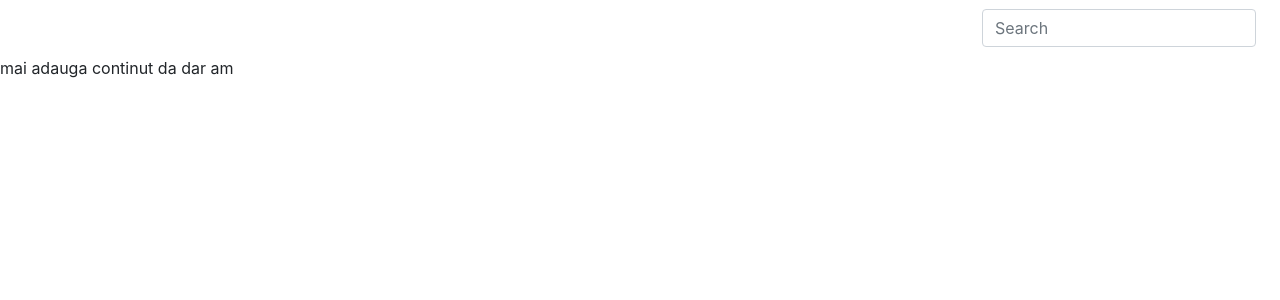
Repository: nicolasolo/bitesizecoding.space
Page: index.html
An editor plug-in stored every save of this project. The page is shown before and after a run of saves, followed by the edit.
The browser window is 1280 px wide. The pictures show the whole page.

Above is the page before, as saved 2020-04-14 12:10:22.

### index.html
<!DOCTYPE html>
<html lang="en">
<head>
    <meta charset="UTF-8">
    <meta name="viewport" content="width=device-width, initial-scale=1.0">
    <title>Trincu-Andrei</title>
    <link rel="stylesheet" href="https://stackpath.bootstrapcdn.com/bootstrap/4.4.1/css/bootstrap.min.css" integrity="sha384-Vkoo8x4CGsO3+Hhxv8T/Q5PaXtkKtu6ug5TOeNV6gBiFeWPGFN9MuhOf23Q9Ifjh" crossorigin="anonymous">

    <link rel="stylesheet" href="css/index.css">
</head>
<body>
<header>
<!--Navbar-->
<nav class="navbar navbar-expand-lg navbar-dark primary-color">
  <!-- Navbar brand -->
  <a class="navbar-brand" href="#">Navbar</a>
  <!-- Collapse button -->
  <button class="navbar-toggler" type="button" data-toggle="collapse" data-target="#basicExampleNav"
    aria-controls="basicExampleNav" aria-expanded="false" aria-label="Toggle navigation">
    <span class="navbar-toggler-icon"></span>
  </button>
  <!-- Collapsible content -->
  <div class="collapse navbar-collapse" id="basicExampleNav">
    <!-- Links -->
    <ul class="navbar-nav mr-auto">
      <li class="nav-item active">
        <a class="nav-link" href="#">Home
          <span class="sr-only">(current)</span>
        </a>
      </li>
      <li class="nav-item">
        <a class="nav-link" href="#">Features</a>
      </li>
      <li class="nav-item">
        <a class="nav-link" href="#">Pricing</a>
      </li>
      <!-- Dropdown -->
      <li class="nav-item dropdown multi-level-dropdown">
        <a href="#" id="menu" data-toggle="dropdown" class="nav-link dropdown-toggle w-100">Dropdown</a>
        <ul class="dropdown-menu mt-2 rounded-0 primary-color border-0 z-depth-1">
          <li class="dropdown-item dropdown-submenu p-0">
            <a href="#" data-toggle="dropdown" class="dropdown-toggle text-white w-100">Click Me Too! </a>
            <ul class="dropdown-menu ml-2 rounded-0 primary-color border-0 z-depth-1">
              <li class="dropdown-item p-0">
                <a href="#" class="text-white w-100">Hey</a>
              </li>
              <li class="dropdown-item p-0">
                <a href="#" class="text-white w-100">Hi</a>
              </li>
              <li class="dropdown-item dropdown-submenu p-0">
                <a href="#" data-toggle="dropdown" class="dropdown-toggle text-white w-100">Hello </a>
                <ul class="dropdown-menu mr-2 rounded-0 primary-color border-0 z-depth-1 r-100 ">
                  <li class="dropdown-item p-0">
                    <a href="#" class="text-white w-100">Some</a>
                  </li>
                  <li class="dropdown-item p-0">
                    <a href="#" class="text-white w-100">Text</a>
                  </li>
                </ul>
              </li>
            </ul>
          </li>
          <li class="dropdown-item dropdown-submenu">
            <a href="#" data-toggle="dropdown" class="dropdown-toggle text-white w-100">Click me </a>
            <ul class="dropdown-menu mr-2 rounded-0  primary-color border-0 z-depth-1 r-100 ">
              <li class="dropdown-item p-0">
                <a href="#" class="text-white w-100">How</a>
              </li>
              <li class="dropdown-item p-0">
                <a href="#" class="text-white w-100">are</a>
              </li>
              <li class="dropdown-item p-0">
                <a href="#" class="text-white w-100">you </a>
              </li>
            </ul>
          </li>
        </ul>
      </li>
    </ul>
    <!-- Links -->
    <form class="form-inline">
      <div class="md-form my-0">
        <input class="form-control mr-sm-2" type="text" placeholder="Search" aria-label="Search">
      </div>
    </form>
  </div>
  <!-- Collapsible content -->
</nav>
<!--/.Navbar-->
<!-- Jumbotron -->
<!--codul va fi scris aici pentru fiecare componenta in parte
Components -> Jumbotron -->

<!-- Footer-->
<!--navigation -> Footer-->

<script src="https://code.jquery.com/jquery-3.4.1.slim.min.js" integrity="sha384-J6qa4849blE2+poT4WnyKhv5vZF5SrPo0iEjwBvKU7imGFAV0wwj1yYfoRSJoZ+n" crossorigin="anonymous"></script>
<script src="https://cdn.jsdelivr.net/npm/popper.js@1.16.0/dist/umd/popper.min.js" integrity="sha384-Q6E9RHvbIyZFJoft+2mJbHaEWldlvI9IOYy5n3zV9zzTtmI3UksdQRVvoxMfooAo" crossorigin="anonymous"></script>
<script src="https://stackpath.bootstrapcdn.com/bootstrap/4.4.1/js/bootstrap.min.js" integrity="sha384-wfSDF2E50Y2D1uUdj0O3uMBJnjuUD4Ih7YwaYd1iqfktj0Uod8GCExl3Og8ifwB6" crossorigin="anonymous"></script>
    <script src="./js/custom.js"></script>
</body>
</html>mai adauga continut da dar am
<div></div>

Loaded but not shown: css/index.css (no stored copy; drawn as an empty file); js/custom.js (no stored copy; drawn as an empty file)

After the next 3 saves:
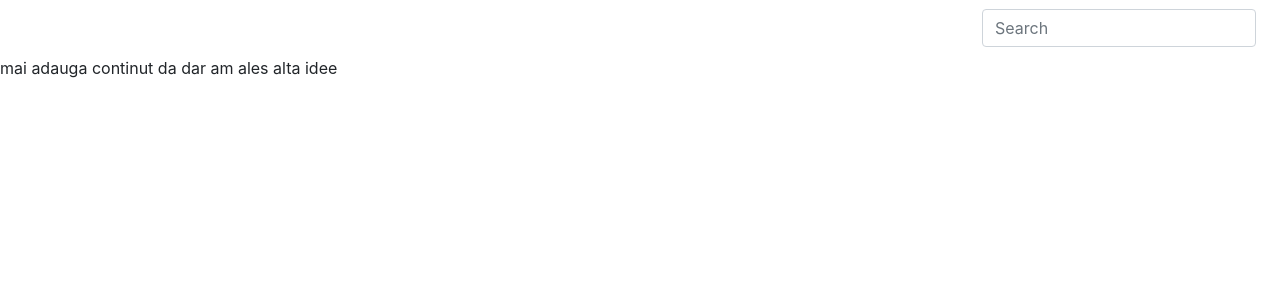
The 3 saves are shown as one change because they came seconds apart.
The last was saved 16 s later.
--- a/index.html
+++ b/index.html
@@ -89,7 +89,7 @@
 <!--/.Navbar-->
 <!-- Jumbotron -->
 <!--codul va fi scris aici pentru fiecare componenta in parte
-Components -> Jumbotron -->
+<!--Jumbotron -->
 
 <!-- Footer-->
 <!--navigation -> Footer-->
@@ -99,5 +99,5 @@ Components -> Jumbotron -->
 <script src="https://stackpath.bootstrapcdn.com/bootstrap/4.4.1/js/bootstrap.min.js" integrity="sha384-wfSDF2E50Y2D1uUdj0O3uMBJnjuUD4Ih7YwaYd1iqfktj0Uod8GCExl3Og8ifwB6" crossorigin="anonymous"></script>
     <script src="./js/custom.js"></script>
 </body>
-</html>mai adauga continut da dar am
+</html>mai adauga continut da dar am ales alta idee
 <div></div>
